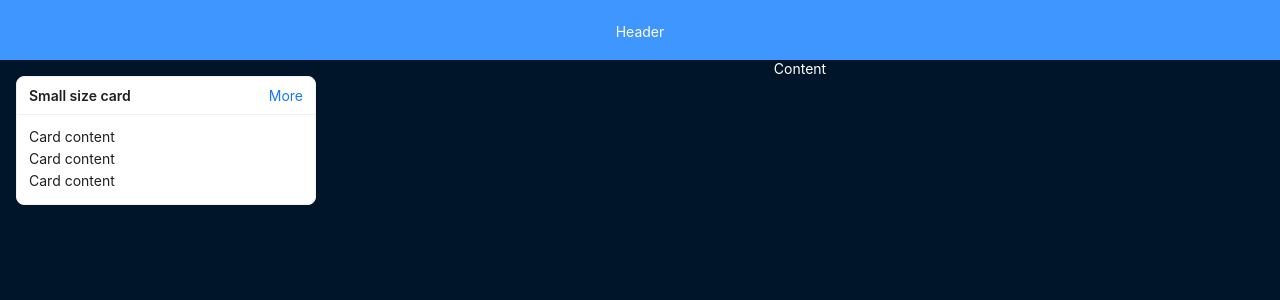
Repository: Vadia23/React-Crypto-App
Page: /
An editor plug-in stored every save of this project. The page is shown before and after the next save, followed by the edit.
The browser window is 1280 px wide. The pictures show the whole page.
The project was rebuilt for these pictures with package versions that can differ from the ones it lists, and the page was loaded fresh each time. Also part of the build but not shown: vite.config.js.

Above is the page before, as saved 2024-02-08 17:53:31.

After the next save:
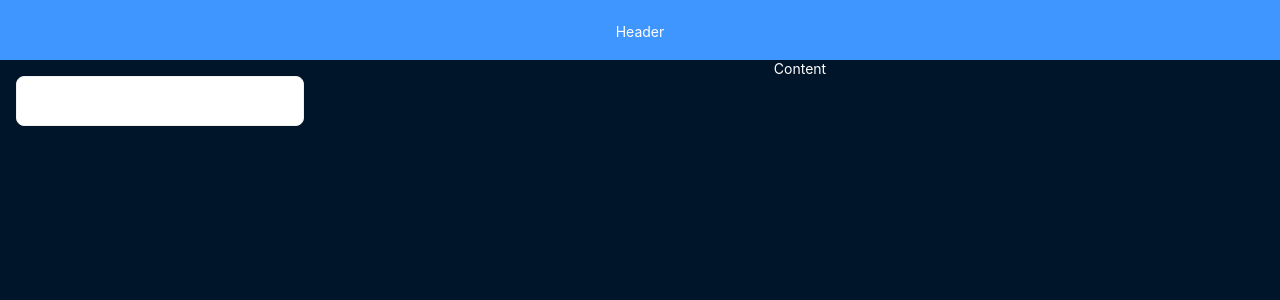
Saved 86 s later.
--- a/src/components/layout/AppSider.jsx
+++ b/src/components/layout/AppSider.jsx
@@ -7,16 +7,7 @@
 export default function AppSider() {
   return (
     <Layout.Sider width="25%" style={siderStyle}>
-      <Card
-        size="small"
-        title="Small size card"
-        extra={<a href="#">More</a>}
-        style={{ width: 300 }}
-      >
-        <p>Card content</p>
-        <p>Card content</p>
-        <p>Card content</p>
-      </Card>
+      <Card></Card>
     </Layout.Sider>
   );
 }
